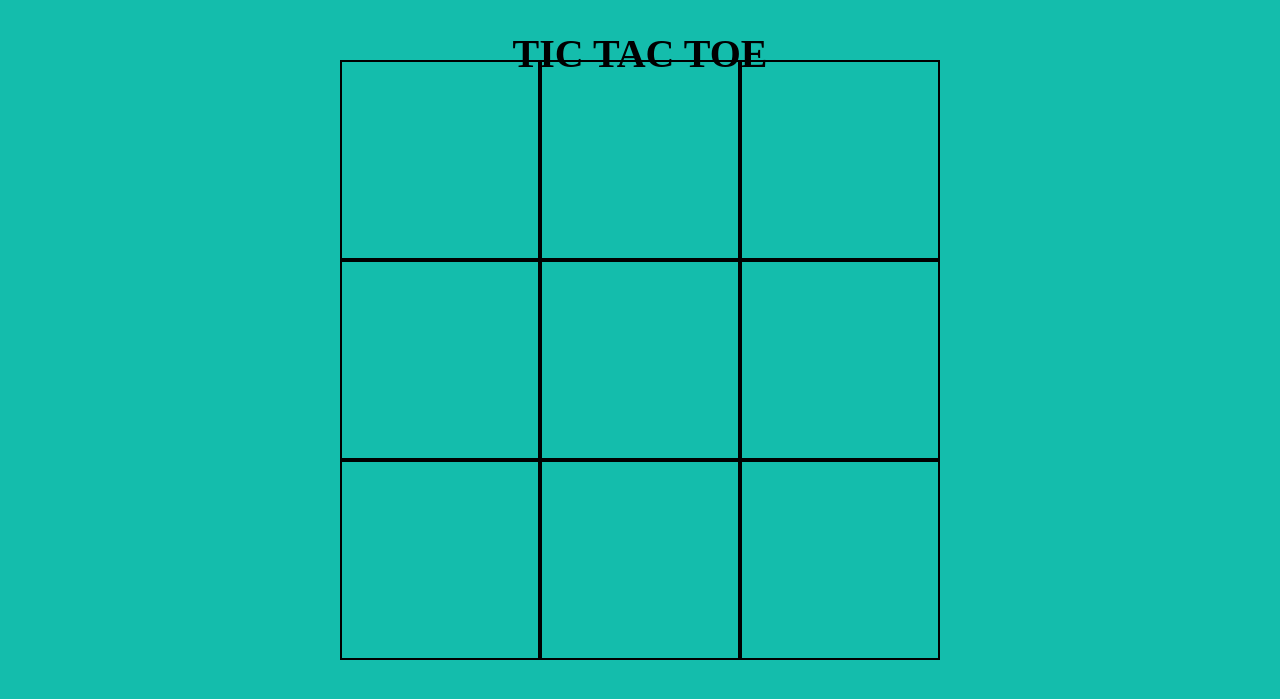
Repository: baumanmilosz/tictactoe
Page: index.html
An editor plug-in stored every save of this project. The page is shown before and after the next save, followed by the edit.
The browser window is 1280 px wide. The pictures show the whole page.

Above is the page before, as saved 2019-02-24 18:22:00.

### index.html
<!DOCTYPE html>
<html lang="en">

<head>
  <meta charset="UTF-8">
  <meta name="viewport" content="width=device-width, initial-scale=1.0">
  <meta http-equiv="X-UA-Compatible" content="ie=edge">
  <link rel="stylesheet" href="./style.css">
  <title>Tic Tac Toe</title>
</head>

<body>
  <header class="game-header">
    <h1 class="game-title">Tic Tac Toe</h1>
    <h2 class="winner"></h2>
  </header>
  <div class="board">
    <div class="box" data-row="0" data-col="0"></div>
    <div class="box" data-row="0" data-col="1"></div>
    <div class="box" data-row="0" data-col="2"></div>
    <div class="box" data-row="1" data-col="0"></div>
    <div class="box" data-row="1" data-col="1"></div>
    <div class="box" data-row="1" data-col="2"></div>
    <div class="box" data-row="2" data-col="0"></div>
    <div class="box" data-row="2" data-col="1"></div>
    <div class="box" data-row="2" data-col="2"></div>
  </div>

  <script src="./script.js"></script>
</body>

</html>

### style.css
* {
  margin: 0;
  padding: 0;
  box-sizing: border-box;
}

html {
  font-size: 10px;
}

body {
  position: relative;
  height: 100vh;
  background-color: #14BDAC;
}

.game-header {
  padding: 3rem 0;
  text-align: center;
}

.game-header .game-title {
  font-size: 4rem;
  text-transform: uppercase;
}

.game-header .winner {
  display: none;
}

.board {
  display: flex;
  flex-wrap: wrap;
  justify-content: center;
  align-items: center;
  position: absolute;
  left: 50%;
  top: 50%;
  transform: translate(-50%, -50%);
  width: 50vw;
  height: 50vw;
  max-width: 600px;
  max-height: 600px;
}

.box {
  width: 33.3%;
  height: 33.3%;
  display: flex;
  cursor: pointer;
  border: 2px solid black;
}

.box {
  position: relative;
}

.box.circle::before, .box.cross::after {
  position: absolute;
  left: 50%;
  top: 50%;
  transform: translate(-50%,-50%);
  font-size: 40px;
}

.box.circle:before{
  content: 'O';
}

.box.cross::after{
  content: 'X';
}

### script.js
var boxes = document.querySelectorAll('.box');
const player1 = 'circle';
const player2 = 'cross';
let oddRound = true;

const board = [
  ['', '', ''],
  ['', '', ''],
  ['', '', '']
]

const winCombinations = [
  [0, 1, 2], [3, 4, 5], [6, 7, 8],
  [0, 3, 6], [1, 4, 7], [2, 5, 8],
  [0, 4, 8], [2, 4, 6]
]

function turn() {
  const { row, col } = this.dataset;

  if (this.classList.contains(player1) || this.classList.contains(player2)) return;
  const turn = oddRound ? player1 : player2;
  this.classList.add(turn);
  board[row][col] = turn;
  oddRound = !oddRound;

  check();
}

function check() {

  const result = board.reduce((total, row) => total.concat(row));

  let moves = {
    'circle': [],
    'cross': []
  };

  result.forEach((box, index) => moves[box] ? moves[box].push(index) : null);

  winCombinations.forEach(combination => {
    if (combination.every(index => moves[player1].indexOf(index) > -1)) {
      showWinner(player1);
    }
    if (winCombination.every(index => moves[player2].indexOf(index) > -1)) {
      showWinner(player2);
    }
  })
}

function showWinner(winPlayer) {
  const whoWinner = document.querySelector('.winner');

  whoWinner.style.display = 'block';
  whoWinner.textContent = `Winner: ${winPlayer} !`;
  boxes.forEach(box => box.removeEventListener('click', turn));
  setTimeout(() => window.location.reload(), 4000);
}

boxes.forEach(box => box.addEventListener('click', turn));

After the next save:
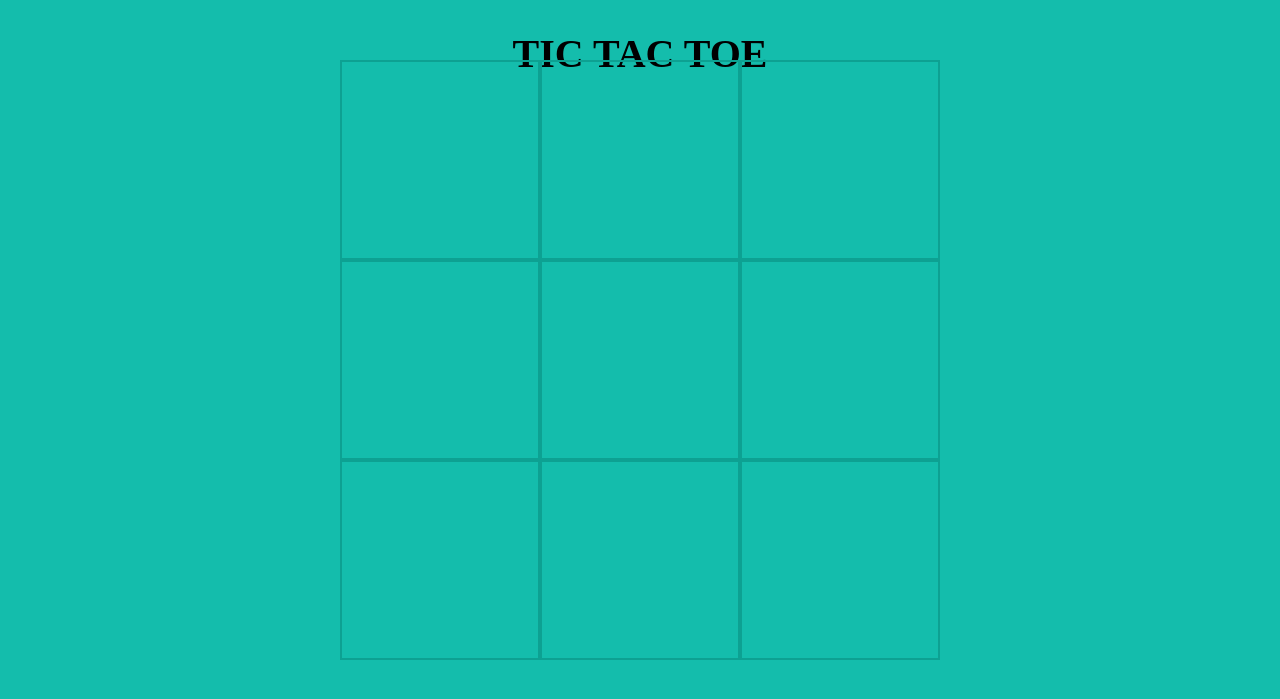
Saved 52 s later.
--- a/style.css
+++ b/style.css
@@ -48,7 +48,7 @@ body {
   height: 33.3%;
   display: flex;
   cursor: pointer;
-  border: 2px solid black;
+  border: 2px solid #0DA192;
 }
 
 .box {
